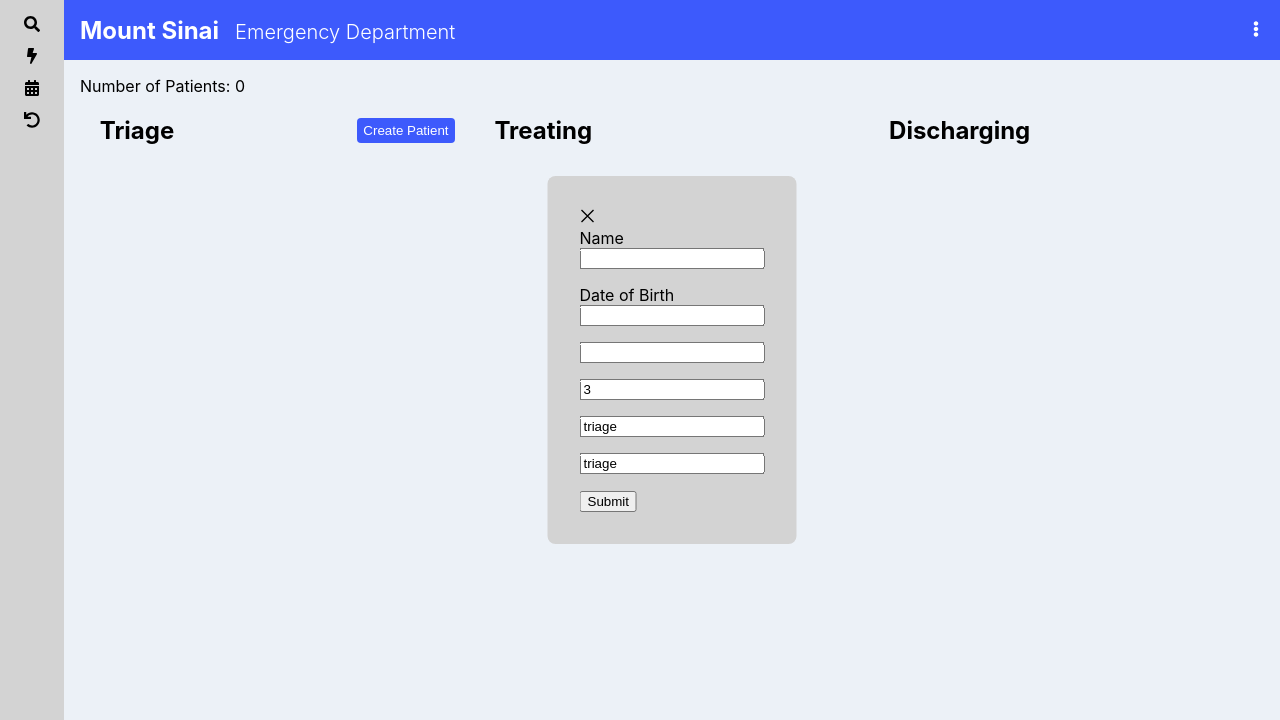
Repository: kosenijr/triage-app
Page: /, after clicking the first element matching `button.App_61351_triage-header-button`
The author's editor kept a copy of each file at every save. The page is drawn from the files as they stood at one save, then again after the next save.
The browser window is 1280 px wide. The pictures show the whole page.
The page's requests for data from a server got no answer. The project was rebuilt for these pictures with package versions that can differ from the ones it lists, and the page was loaded fresh each time. No one was signed in, and anything a server would have sent is missing. Also part of the build but not shown: src/styles/PatientCard.module.css, src/components/PatientCard.js.

Above is the page before, as saved 2022-11-16 20:09:00.

### src/App.js
import React, { useEffect, useState } from 'react';
import { FaEllipsisV, FaSearch, FaBolt, FaCalendarAlt, FaUndo } from "react-icons/fa";
import styles from '../src/styles/App.module.css'
import '../src/styles/Global.module.css'
import { ROUTES } from '../src/constants'
import PatientCard from './components/PatientCard'
import Modal from './components/Modal'

const log = console.log;

function App() {

  const [patientRecords, setPatientRecords] = useState([]);
  const [numOfPatients, setNumOfPatients] = useState(0);
  const [isModalOpen, setIsModalOpen] = useState(false);



  useEffect(() => {
    fetch(ROUTES['GET_ALL_PATIENTS'])
      .then(res => res.json())
      .then(res => setPatientRecords(res))
  }, []);

  useEffect(() => {
    setNumOfPatients(patientRecords.length);
  }, [patientRecords]);

  const onRoomAssignment = (patient, room) => {
    // const oldPatientRecord = patient;
    const newPatientRecord = {
      id: patient.id,
      name: patient.name,
      dob: patient.dob,
      complaint: patient.complaint,
      priority: patient.priority,
      room: patient.room,
      stage: 'treating'
    }


    setPatientRecords(patientRecords.map((record) => {
      if (record.id === patient.id) {
        record.room = room;
        record.stage = 'treating';
      }
      return record;
    }));

    const requestOptions = {
      method: 'PUT',
      body: JSON.stringify(newPatientRecord),
    };

    fetch(ROUTES['GET_EACH_PATIENT'], requestOptions)
      .then(result => result.json())
      .catch(error => console.log('error', error));
  }

  const onCreatePatient = (patient) => {
    const requestOptions = {
      method: 'POST',
      body: JSON.stringify(patient),
    };

    fetch(ROUTES['GET_EACH_PATIENT'], requestOptions)
      .then(result => result.json())
      .then(patient => console.log(patient))
      .then(patient => setPatientRecords([...patientRecords, patient]))
      .catch(error => console.log('error', error));
  }


  const onStartDischarge = (patient) => {
    const newPatientRecord = {
      id: patient.id,
      name: patient.name,
      dob: patient.dob,
      complaint: patient.complaint,
      priority: patient.priority,
      room: 'discharging-room',
      stage: 'discharging'
    }


    setPatientRecords(patientRecords.map((record) => {
      if (record.id === patient.id) {
        record.room = 'discharging-room';
        record.stage = 'discharging';
      }
      return record;
    }));

    const requestOptions = {
      method: 'PUT',
      body: JSON.stringify(newPatientRecord),
    };

    fetch(ROUTES['GET_EACH_PATIENT'], requestOptions)
      .then(result => result.json())
      .then(result => console.log(result))
      .catch(error => console.log('error', error));


  }

  const onCompleteDischarge = (patient) => {
    setPatientRecords(patientRecords.filter((record) => record.id !== patient.id));

    const requestOptions = {
      method: 'DELETE',
    };

    fetch(`${ROUTES['GET_EACH_PATIENT']}/${patient.id}`, requestOptions)
      .then(result => result.json())
      .then(result => console.log(result))
      .catch(error => console.log('error', error));

  }
  return (
    <div className={styles['App']}>
      <div className={styles['left-nav']}>
        <FaSearch className='mb-4 mt-4' />
        <FaBolt className='mb-4' />
        <FaCalendarAlt className='mb-4' />
        <FaUndo className='mb-4' />
      </div>
      <div className={styles['right-content']}>
        {isModalOpen && <Modal onCreatePatient={onCreatePatient} setIsModalOpen={setIsModalOpen} />}
        <header className={styles['header']}>
          <div>
            <span className={styles['title']}>Mount Sinai</span>
            <span className={styles['sub-title']}>Emergency Department</span>
          </div>
          <div>
            <FaEllipsisV />

          </div>
        </header>
        <div className={styles['patient-content']}>
          <div><span>Number of Patients: </span><span>{numOfPatients}</span></div>

          <div className={styles['processing']}>
            <div className={styles['process-columns']}>
              <div className={styles['triage-header']}>
                <h2>Triage</h2>
                <button className={styles['triage-header-button']} onClick={() => setIsModalOpen(!isModalOpen)}>Create Patient</button>
              </div>
              {patientRecords.map((patient, index) => {
                // log(patient)
                if (patient?.stage === 'triage') {
                  return (
                    <PatientCard key={index} patient={patient} updateRoomAssignment={onRoomAssignment} />
                  )
                }

              })}
            </div>
            <div className={styles['process-columns']}>
              <h2>Treating</h2>
              {patientRecords.map((patient, index) => {
                // log(patient.name, patient.stage);
                if (patient?.stage === 'treating') {
                  return (
                    <PatientCard key={index} patient={patient} updateRoomAssignment={onRoomAssignment} onStartDischarge={onStartDischarge} />
                  )
                }

              })}

            </div>
            <div className={styles['process-columns']}>
              <h2>Discharging</h2>
              {patientRecords.map((patient, index) => {

                if (patient?.stage === 'discharging') {
                  return (
                    <PatientCard key={index} patient={patient} updateRoomAssignment={onRoomAssignment} onCompleteDischarge={onCompleteDischarge} />
                  )
                }

              })}
            </div>
          </div>
        </div>
      </div>
    </div>
  );
}

export default App;

// styles is a regular object

### src/styles/App.module.css
.App {
  height: 100vh;
  width: 100vw;
  display: relative;
  overflow-y: hidden;
}

.left-nav {
  display: none;
}

.right-content {
  position: relative;
}

.patient-content {
  background-color: #ecf1f7;
  height: content-box;
  overflow-y: scroll;
  position: absolute;
  top: 60px;
  right: 0;
  left: 0;
  bottom: 0;
  padding: 1rem 1rem 4rem 1rem;
}

.header {
  display: flex;
  justify-content: space-between;
  align-items: center;
  /* height: 100px; */
  background-color: #3d5afc;
  color: white;
  padding: 1rem;
}

.triage-header {
  display: flex;
  align-items: center;
  justify-content: space-between;
}

.triage-header-button {
  background-color: #3d5afc;
  color: white;
  border: none;
  border-radius: 4px;
  padding: 0.3rem 0.4rem;
  cursor: pointer;
}

.title {
  font-size: 24px;
  font-weight: 700;
}

.sub-title {
  display: block;
  font-size: 20px;
  font-weight: 300;
}

.patient-card {
  max-width: 400px;
}

@media screen and (min-width: 700px) {
  .sub-title {
    display: initial;
    padding-left: 1rem;
  }
}

@media screen and (min-width: 768px) {
  .processing {
    display: flex;
    justify-content: space-around;
  }

  .process-columns {
    width: 30%;
  }
}

@media screen and (min-width: 800px) {
  .App {
    display: flex;
  }

  .left-nav {
    background-color: lightgray;
    display: flex;
    flex-direction: column;
    width: 5%;
    align-items: center;
  }

  .right-content {
    width: 95%;
  }
}

### src/styles/Global.module.css
:global(.mb-4) {
  margin-bottom: 1rem;
}

:global(.mt-4) {
  margin-top: 1rem;
}

:global(.font-bold) {
  font-weight: 700;
}

### src/constants.js
const BASE_URL = 'https://cw4ccp3r5d.execute-api.us-east-2.amazonaws.com';
const ENV = '/Prod';
export const ROUTES = {
    GET_ALL_PATIENTS: `${BASE_URL}${ENV}/patients`,

}

### src/components/Modal.js
import React, { useState } from 'react'
import styles from '../styles/Modal.module.css'
import { GrClose } from "react-icons/gr";



export default function Modal({ onCreatePatient, setIsModalOpen }) {
    const [name, setName] = useState('');
    const [dob, setDOB] = useState('');
    const [complaint, setComplaint] = useState('');
    const [priority, setPriority] = useState(3);
    const [room, setRoom] = useState('triage');
    const [stage, setStage] = useState('triage');


    const onSubmit = (e) => {
        e.preventDefault();
        const patient = {
            name,
            dob,
            complaint,
            priority,
            room,
            stage
        }
        onCreatePatient(patient);
    }

    return (
        <div className={styles['modal']}>
            < GrClose className={styles['cancel-modal']} onClick={() => setIsModalOpen(false)} />
            <form action="">
                <div className={styles['input-group']}>
                    <label htmlFor="name">Name</label>
                    <input type="text" value={name} id="name" onChange={(e) => setName(e.target.value)} />
                </div>

                <div className="{styles['input-group']">Date of Birth</div>
                <input type="text" value={dob} onChange={(e) => setDOB(e.target.value)} />
                <div className="{styles['input-group']"></div>
                <input type="text" value={complaint} onChange={(e) => setComplaint(e.target.value)} />
                <div className="{styles['input-group']"></div>
                <input type="text" value={priority} onChange={(e) => setPriority(e.target.value)} />
                <div className="{styles['input-group']"></div>
                <input type="text" value={room} onChange={(e) => setRoom(e.target.value)} />
                <div className="{styles['input-group']"></div>
                <input type="text" value={stage} onChange={(e) => setStage(e.target.value)} />
                <button onClick={(e) => onSubmit(e)}>Submit</button>
            </form>
        </div>

    )
}

### src/styles/Modal.module.css
.modal {
  position: absolute;
  top: 50%;
  left: 50%;
  transform: translate(-50%, -50%);

  background-color: lightgray;
  padding: 2rem;
  border-radius: 0.5rem;
  z-index: 1;
}

.modal form input {
  display: block;
  margin-bottom: 1rem;
}

.cancel-modal {
  cursor: pointer;
}

Loaded but not shown: public/index.html (common file); src/index.js (common file); src/index.css (common file); src/reportWebVitals.js (common file)

After the next save:
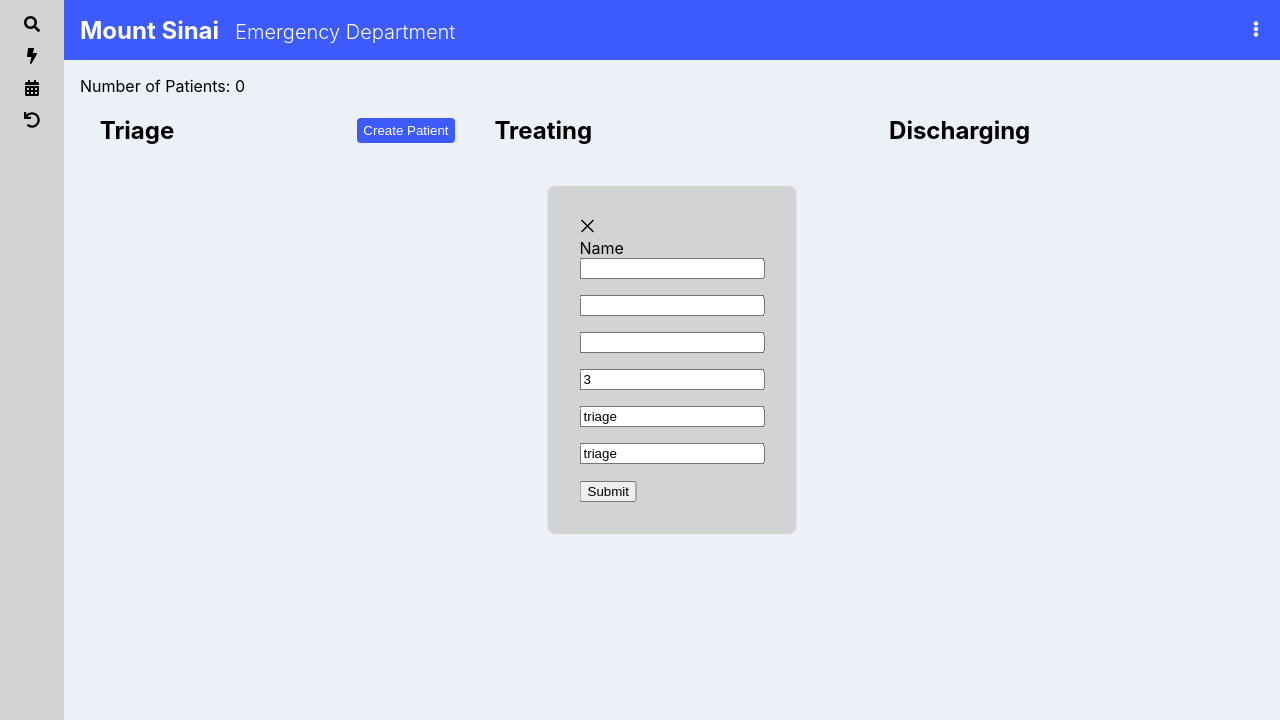
Saved 16 s later.
--- a/src/components/Modal.js
+++ b/src/components/Modal.js
@@ -35,7 +35,7 @@ export default function Modal({ onCreatePatient, setIsModalOpen }) {
                     <input type="text" value={name} id="name" onChange={(e) => setName(e.target.value)} />
                 </div>
 
-                <div className="{styles['input-group']">Date of Birth</div>
+                <div className="{styles['input-group']"></div>
                 <input type="text" value={dob} onChange={(e) => setDOB(e.target.value)} />
                 <div className="{styles['input-group']"></div>
                 <input type="text" value={complaint} onChange={(e) => setComplaint(e.target.value)} />
